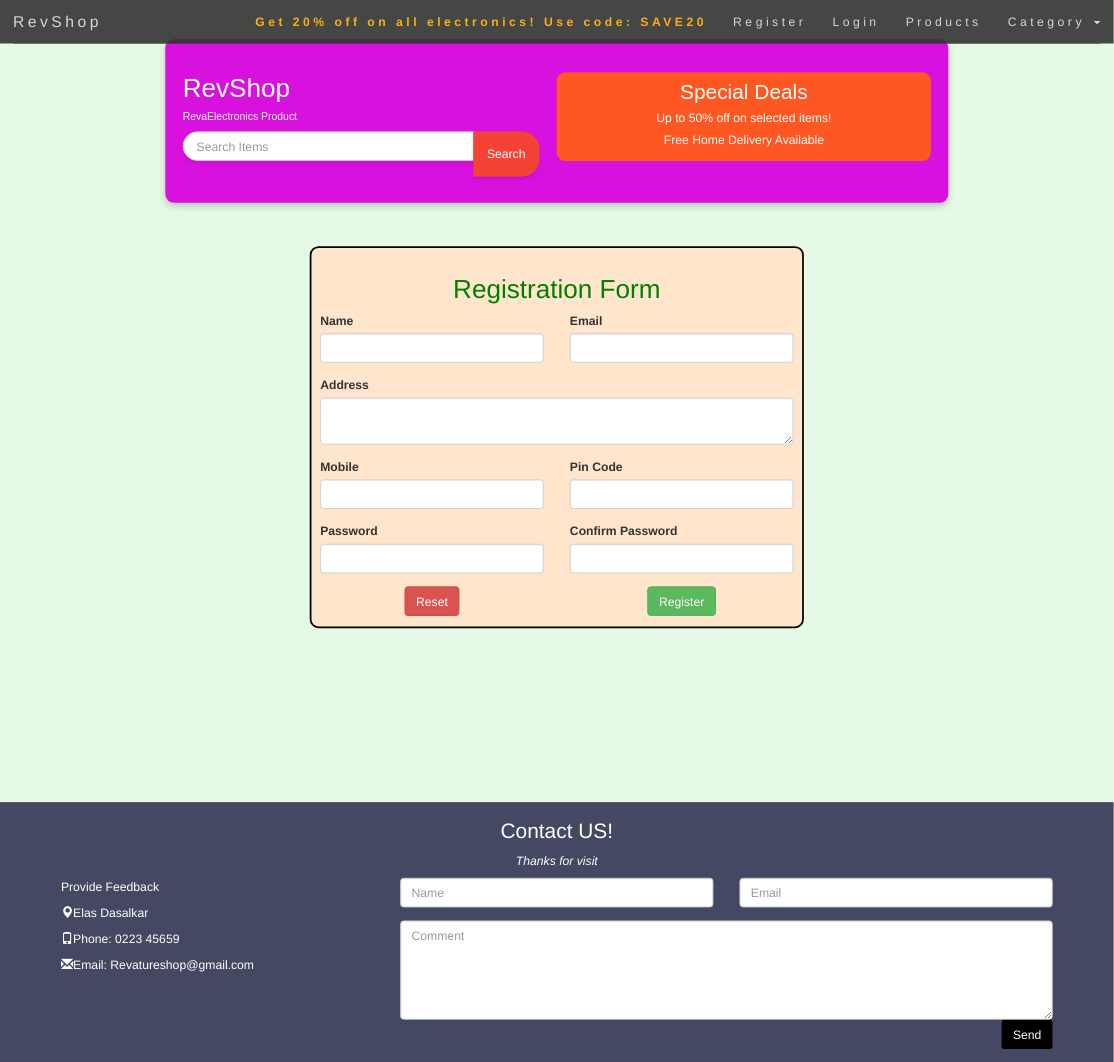
Repository: vilasdasalkar/RevaShop-Project-0
Page: http://localhost/RevShop/register.jsp
These files come from the project's save history. The page is drawn as it stood at one moment and after the next save; the edit follows.
The browser window is 1280 px wide. The pictures show the whole page, at 87% of full size.
The page is served by Tomcat 10.

Above is the page before, as saved 2024-08-30 08:17:08.

After the next save:
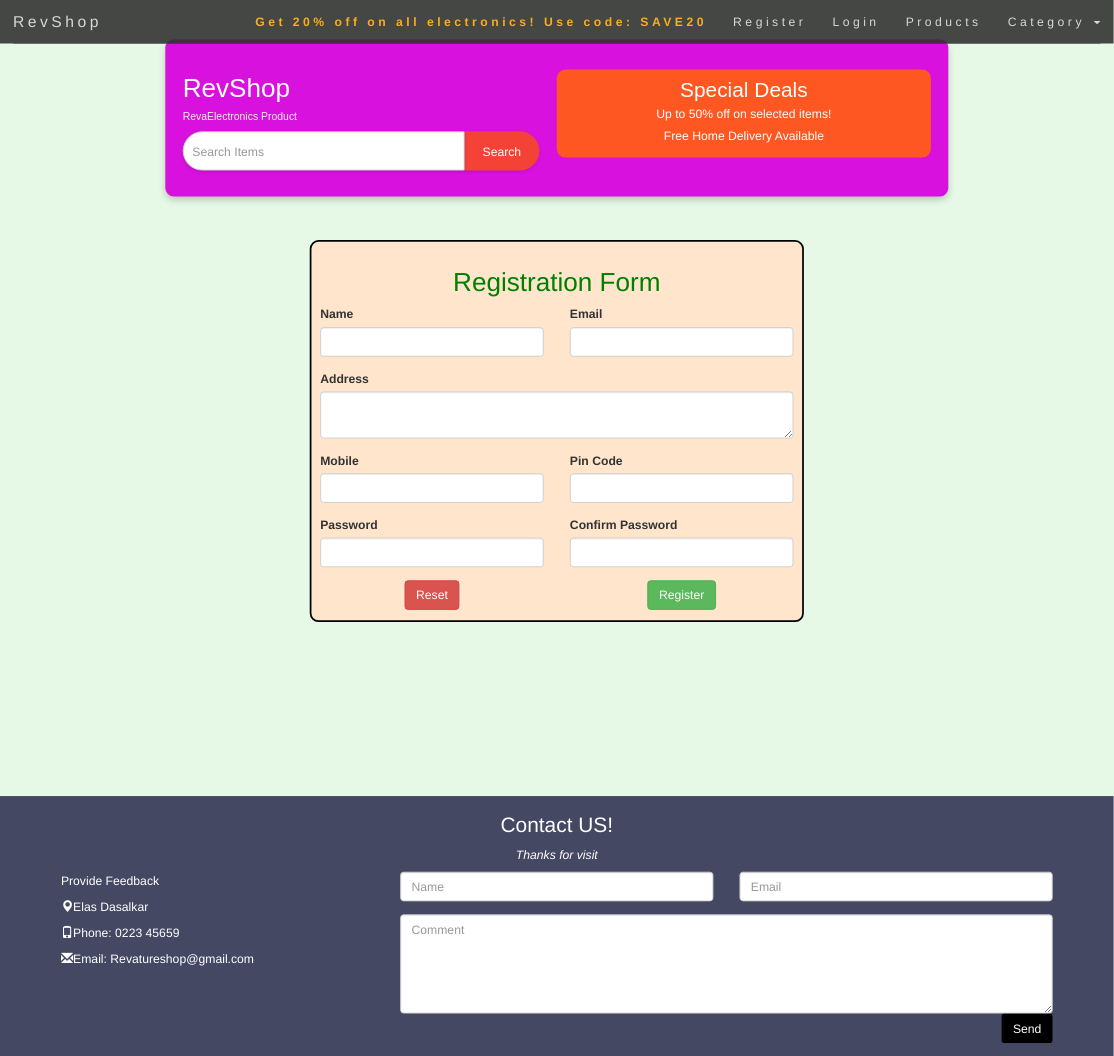
Saved 2 min 13 s later.
--- a/RevShop/src/main/webapp/header.jsp
+++ b/RevShop/src/main/webapp/header.jsp
@@ -27,17 +27,17 @@
         <div style="flex: 1; margin-right: 20px;">
             <h2 style="font-family: 'Arial', sans-serif; color: white;">RevShop</h2>
             <h6 style="font-family: 'Arial', sans-serif; color: #f3f3f3;">RevaElectronics Product</h6>
-            <form class="form-inline" action="index.jsp" method="get">
-                <div class="input-group" style="display: flex; width: 100%;">
-                    <input type="text" class="form-control" name="search"
-                        placeholder="Search Items" required
-                        style="flex: 1; border-radius: 20px 0 0 20px; padding: 15px; box-shadow: 0 2px 4px rgba(0, 0, 0, 0.1); border: 1px solid #ccc;">
-                    <div class="input-group-btn">
-                        <input type="submit" class="btn btn-danger" value="Search"
-                            style="border-radius: 0 20px 20px 0; padding: 15px; background-color: #f44336; border-color: #f44336; box-shadow: 0 2px 4px rgba(0, 0, 0, 0.1); cursor: pointer;">
-                    </div>
-                </div>
-            </form>
+<form class="form-inline" action="index.jsp" method="get">
+    <div class="input-group" style="display: flex; width: 100%; align-items: center;">
+        <input type="text" class="form-control" name="search"
+            placeholder="Search Items" required
+            style="flex: 1; border-radius: 30px 0 0 30px; padding: 10px; box-shadow: 0 2px 4px rgba(0, 0, 0, 0.1); border: 1px solid #ccc; height: 45px;">
+
+        <input type="submit" class="btn btn-danger" value="Search"
+            style="border-radius: 0 30px 30px 0; padding: 10px 20px; background-color: #f44336; border-color: #f44336; box-shadow: 0 2px 4px rgba(0, 0, 0, 0.1); cursor: pointer; height: 45px;">
+    </div>
+</form>
+
         </div>
 
         <!-- Right side: Special Deals -->
